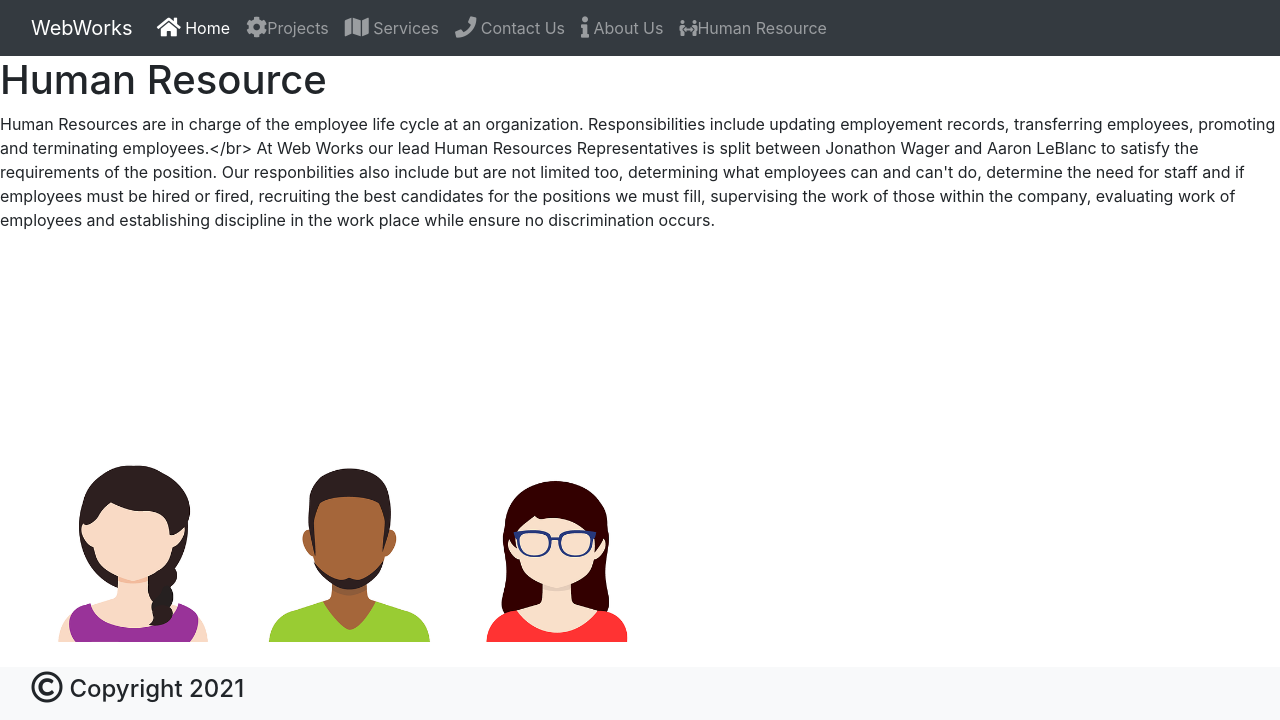
Repository: JonathonWager/Webd6202Lab1
Page: human_resource.html
These files come from the project's save history. The page is drawn as it stood at one moment and after the next save; the edit follows.
The browser window is 1280 px wide. The pictures show the whole page.

Above is the page before, as saved 2021-02-05 20:30:07.
Not found: Content/app.css

After the next save:
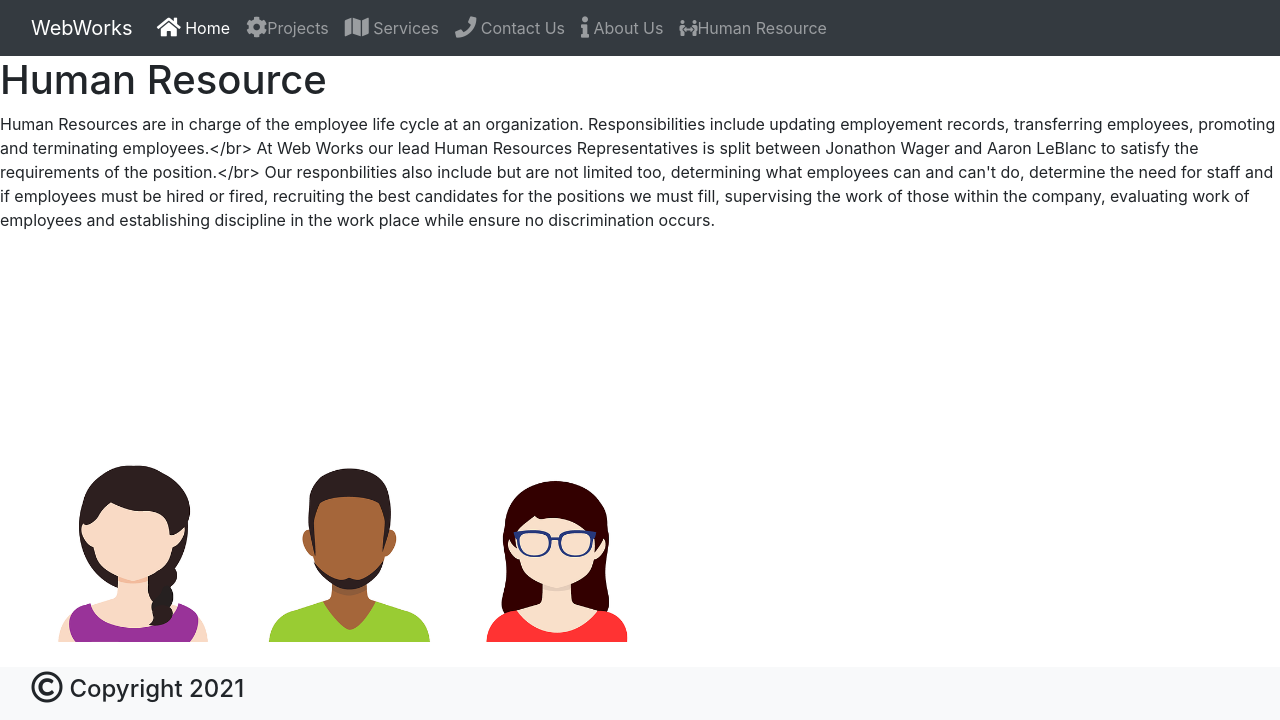
Saved 14 s later.
--- a/Scripts/app.js
+++ b/Scripts/app.js
@@ -165,7 +165,7 @@
 
     function displayHumanResource()
     {
-      let paragraphOneText = "Human Resources are in charge of the employee life cycle at an organization. Responsibilities include updating employement records, transferring employees, promoting and terminating employees.</br> At Web Works our lead Human Resources Representatives is split between Jonathon Wager and Aaron LeBlanc to satisfy the requirements of the position. Our responbilities also include but are not limited too, determining what employees can and can't do, determine the need for staff and if employees must be hired or fired, recruiting the best candidates for the positions we must fill, supervising the work of those within the company, evaluating work of employees and establishing discipline in the work place while ensure no discrimination occurs.";
+      let paragraphOneText = "Human Resources are in charge of the employee life cycle at an organization. Responsibilities include updating employement records, transferring employees, promoting and terminating employees.</br> At Web Works our lead Human Resources Representatives is split between Jonathon Wager and Aaron LeBlanc to satisfy the requirements of the position.</br>  Our responbilities also include but are not limited too, determining what employees can and can't do, determine the need for staff and if employees must be hired or fired, recruiting the best candidates for the positions we must fill, supervising the work of those within the company, evaluating work of employees and establishing discipline in the work place while ensure no discrimination occurs.";
 
       let projectsDiv1 = document.getElementById("HRcontent");
 

After the save that followed:
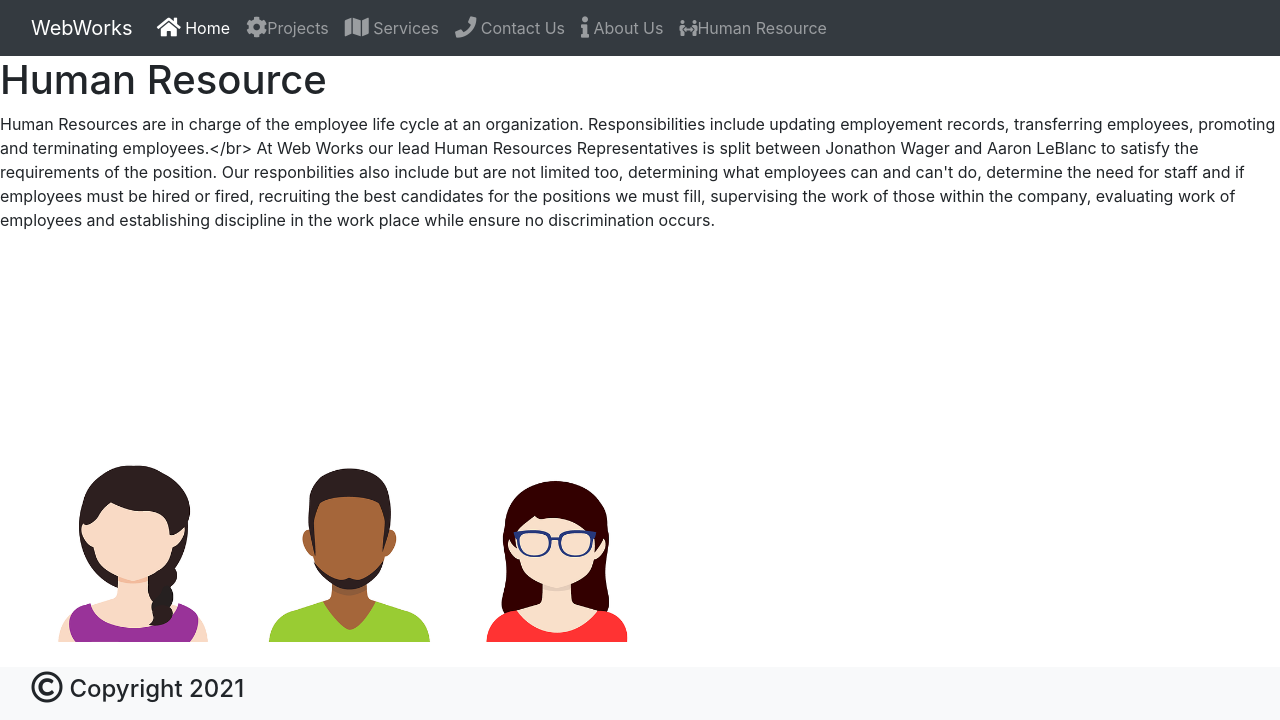
Saved 17 s later.
--- a/Scripts/app.js
+++ b/Scripts/app.js
@@ -165,7 +165,7 @@
 
     function displayHumanResource()
     {
-      let paragraphOneText = "Human Resources are in charge of the employee life cycle at an organization. Responsibilities include updating employement records, transferring employees, promoting and terminating employees.</br> At Web Works our lead Human Resources Representatives is split between Jonathon Wager and Aaron LeBlanc to satisfy the requirements of the position.</br>  Our responbilities also include but are not limited too, determining what employees can and can't do, determine the need for staff and if employees must be hired or fired, recruiting the best candidates for the positions we must fill, supervising the work of those within the company, evaluating work of employees and establishing discipline in the work place while ensure no discrimination occurs.";
+      let paragraphOneText = "Human Resources are in charge of the employee life cycle at an organization. Responsibilities include updating employement records, transferring employees, promoting and terminating employees.</br> At Web Works our lead Human Resources Representatives is split between Jonathon Wager and Aaron LeBlanc to satisfy the requirements of the position.\n  Our responbilities also include but are not limited too, determining what employees can and can't do, determine the need for staff and if employees must be hired or fired, recruiting the best candidates for the positions we must fill, supervising the work of those within the company, evaluating work of employees and establishing discipline in the work place while ensure no discrimination occurs.";
 
       let projectsDiv1 = document.getElementById("HRcontent");
 
